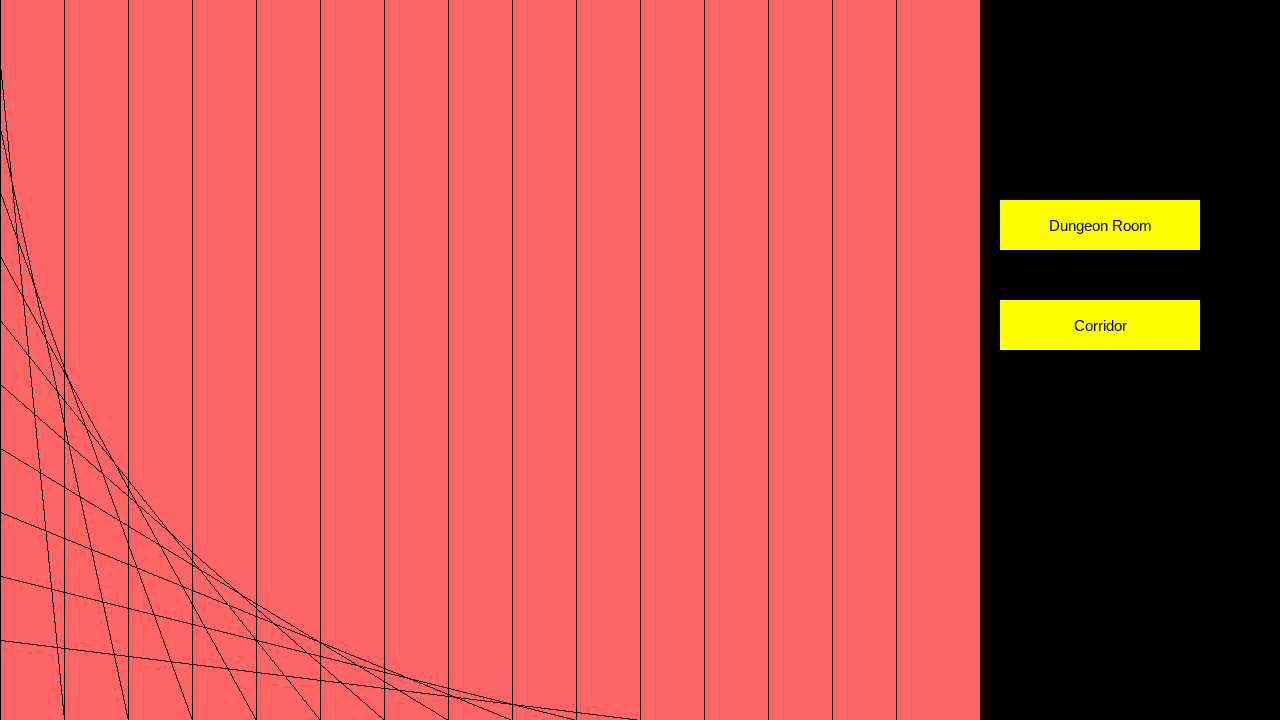
Repository: Nilabh-Bhowal/Dungeon-Game
Script's output: python editor.py
These files come from the project's save history. The script's output is drawn as it stood at one moment and after the next save; the edit follows.
The window is shown after at most 60 frames with no key pressed. A system font it names is replaced by a similar one. Random numbers start from a fixed seed.

Above is the script's output before, as saved 2023-06-15 15:20:10.

After the next save:
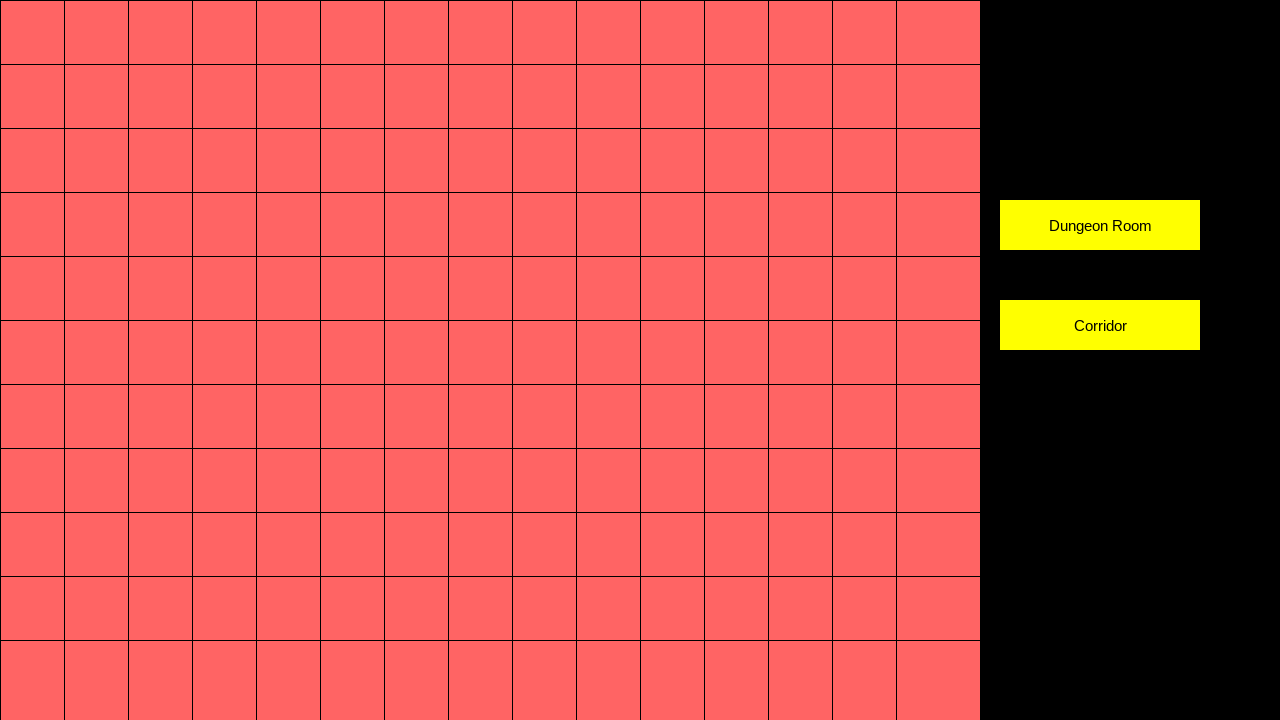
Saved 8 s later.
--- a/editor.py
+++ b/editor.py
@@ -100,7 +100,7 @@ while running:
     for i in range(15):
         pygame.draw.line(screen, (0, 0, 0), (i * 64, 0), (i * 64, 720))
     for i in range(11):
-        pygame.draw.line(screen, (0, 0, 0), (0, i * 64), (i * 64, 720))
+        pygame.draw.line(screen, (0, 0, 0), (0, i * 64), (980, i * 64))
     pygame.draw.rect(screen, (0, 0, 0), (980, 0, 300, 720))
 
     if room_button.draw(screen):
